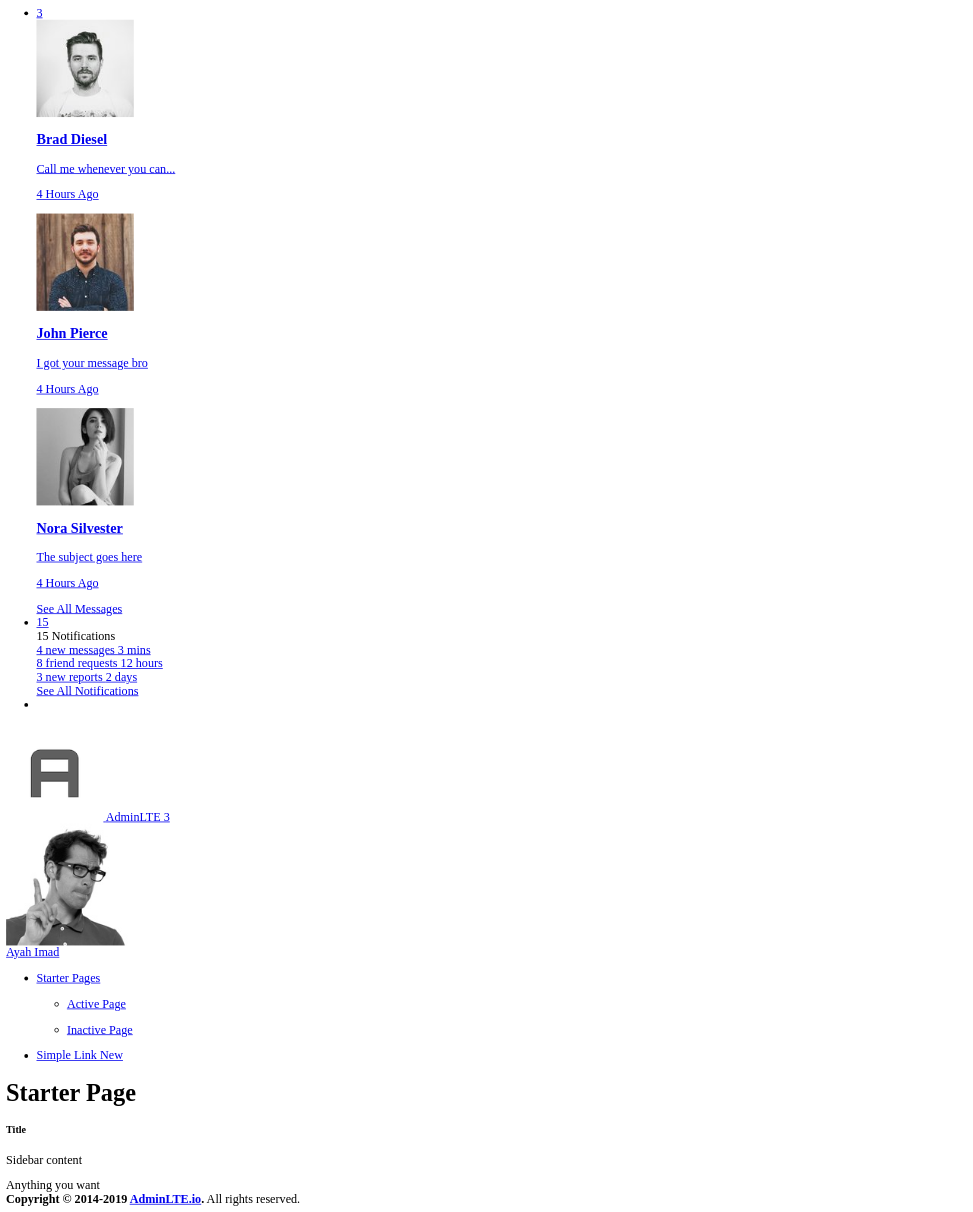
Repository: Abdaljawad-Aya/Django-Exercises
Page: http://localhost/polls/
An editor plug-in stored every save of this project. The page is shown before and after a run of saves, followed by the edit.
The browser window is 1280 px wide. The pictures show the whole page, at 76% of full size.
The page is served by the project's application, run on Django 3.2 (manage.py). Other server files are loaded and not shown.

Above is the page before, as saved 2021-03-10 08:26:18.

### crudDj/DJ/polls/templates/polls/starter.html

<!--
This is a starter template page. Use this page to start your new project from
scratch. This page gets rid of all links and provides the needed markup only.
-->
{% load static %}
{% comment %} <!DOCTYPE html>
<html lang="en">
<head>
  <meta charset="utf-8">
  <meta name="viewport" content="width=device-width, initial-scale=1">
  <meta http-equiv="x-ua-compatible" content="ie=edge">

  <title>AdminLTE 3 | Starter</title>

  <!-- Font Awesome Icons -->
  <link rel="stylesheet" href="{% static 'plugins/fontawesome-free/css/all.min.css' %}">
  <!-- Theme style -->
  <link rel="stylesheet" href="{% static 'dist/css/adminlte.min.css'%}">
  <!-- Google Font: Source Sans Pro -->
  <link href="https://fonts.googleapis.com/css?family=Source+Sans+Pro:300,400,400i,700" rel="stylesheet">
</head>
<body class="hold-transition sidebar-mini"> {% endcomment %}
<div class="wrapper">

  <!-- Navbar -->
  {% comment %} <nav class="main-header navbar navbar-expand navbar-white navbar-light">
    <!-- Left navbar links -->
    <ul class="navbar-nav">
      <li class="nav-item">
        <a class="nav-link" data-widget="pushmenu" href="#" role="button"><i class="fas fa-bars"></i></a>
      </li>
      <li class="nav-item d-none d-sm-inline-block">
        <a href="index3.html" class="nav-link">Home</a>
      </li>
      <li class="nav-item d-none d-sm-inline-block">
        <a href="#" class="nav-link">Contact</a>
      </li>
    </ul> {% endcomment %}

    <!-- SEARCH FORM -->
    {% comment %} <form class="form-inline ml-3">
      <div class="input-group input-group-sm">
        <input class="form-control form-control-navbar" type="search" placeholder="Search" aria-label="Search">
        <div class="input-group-append">
          <button class="btn btn-navbar" type="submit">
            <i class="fas fa-search"></i>
          </button>
        </div>
      </div>
    </form> {% endcomment %}

    <!-- Right navbar links -->
    <ul class="navbar-nav ml-auto">
      <!-- Messages Dropdown Menu -->
      <li class="nav-item dropdown">
        <a class="nav-link" data-toggle="dropdown" href="#">
          <i class="far fa-comments"></i>
          <span class="badge badge-danger navbar-badge">3</span>
        </a>
        <div class="dropdown-menu dropdown-menu-lg dropdown-menu-right">
          <a href="#" class="dropdown-item">
            <!-- Message Start -->
            <div class="media">
              <img src="{% static 'dist/img/user1-128x128.jpg'%}" alt="User Avatar" class="img-size-50 mr-3 img-circle">
              <div class="media-body">
                <h3 class="dropdown-item-title">
                  Brad Diesel
                  <span class="float-right text-sm text-danger"><i class="fas fa-star"></i></span>
                </h3>
                <p class="text-sm">Call me whenever you can...</p>
                <p class="text-sm text-muted"><i class="far fa-clock mr-1"></i> 4 Hours Ago</p>
              </div>
            </div>
            <!-- Message End -->
          </a>
          <div class="dropdown-divider"></div>
          <a href="#" class="dropdown-item">
            <!-- Message Start -->
            <div class="media">
              <img src="{% static 'dist/img/user8-128x128.jpg'%}" alt="User Avatar" class="img-size-50 img-circle mr-3">
              <div class="media-body">
                <h3 class="dropdown-item-title">
                  John Pierce
                  <span class="float-right text-sm text-muted"><i class="fas fa-star"></i></span>
                </h3>
                <p class="text-sm">I got your message bro</p>
                <p class="text-sm text-muted"><i class="far fa-clock mr-1"></i> 4 Hours Ago</p>
              </div>
            </div>
            <!-- Message End -->
          </a>
          <div class="dropdown-divider"></div>
          <a href="#" class="dropdown-item">
            <!-- Message Start -->
            <div class="media">
              <img src="{% static 'dist/img/user3-128x128.jpg'%}" alt="User Avatar" class="img-size-50 img-circle mr-3">
              <div class="media-body">
                <h3 class="dropdown-item-title">
                  Nora Silvester
                  <span class="float-right text-sm text-warning"><i class="fas fa-star"></i></span>
                </h3>
                <p class="text-sm">The subject goes here</p>
                <p class="text-sm text-muted"><i class="far fa-clock mr-1"></i> 4 Hours Ago</p>
              </div>
            </div>
            <!-- Message End -->
          </a>
          <div class="dropdown-divider"></div>
          <a href="#" class="dropdown-item dropdown-footer">See All Messages</a>
        </div>
      </li>
      <!-- Notifications Dropdown Menu -->
      <li class="nav-item dropdown">
        <a class="nav-link" data-toggle="dropdown" href="#">
          <i class="far fa-bell"></i>
          <span class="badge badge-warning navbar-badge">15</span>
        </a>
        <div class="dropdown-menu dropdown-menu-lg dropdown-menu-right">
          <span class="dropdown-header">15 Notifications</span>
          <div class="dropdown-divider"></div>
          <a href="#" class="dropdown-item">
            <i class="fas fa-envelope mr-2"></i> 4 new messages
            <span class="float-right text-muted text-sm">3 mins</span>
          </a>
          <div class="dropdown-divider"></div>
          <a href="#" class="dropdown-item">
            <i class="fas fa-users mr-2"></i> 8 friend requests
            <span class="float-right text-muted text-sm">12 hours</span>
          </a>
          <div class="dropdown-divider"></div>
          <a href="#" class="dropdown-item">
            <i class="fas fa-file mr-2"></i> 3 new reports
            <span class="float-right text-muted text-sm">2 days</span>
          </a>
          <div class="dropdown-divider"></div>
          <a href="#" class="dropdown-item dropdown-footer">See All Notifications</a>
        </div>
      </li>
      <li class="nav-item">
        <a class="nav-link" data-widget="control-sidebar" data-slide="true" href="#" role="button"><i
            class="fas fa-th-large"></i></a>
      </li>
    </ul>
  </nav>
  <!-- /.navbar -->

  <!-- Main Sidebar Container -->
  <aside class="main-sidebar sidebar-dark-primary elevation-4">
    <!-- Brand Logo -->
    <a href="index3.html" class="brand-link">
      <img src="{% static 'dist/img/AdminLTELogo.png'%}" alt="AdminLTE Logo" class="brand-image img-circle elevation-3"
           style="opacity: .8">
      <span class="brand-text font-weight-light">AdminLTE 3</span>
    </a>

    <!-- Sidebar -->
    <div class="sidebar">
      <!-- Sidebar user panel (optional) -->
      <div class="user-panel mt-3 pb-3 mb-3 d-flex">
        <div class="image">
          <img src="{% static 'dist/img/user2-160x160.jpg'%}" class="img-circle elevation-2" alt="User Image">
        </div>
        <div class="info">
          <a href="#" class="d-block">Ayah Imad</a>
        </div>
      </div>

      <!-- Sidebar Menu -->
      <nav class="mt-2">
        <ul class="nav nav-pills nav-sidebar flex-column" data-widget="treeview" role="menu" data-accordion="false">
          <!-- Add icons to the links using the .nav-icon class
               with font-awesome or any other icon font library -->
          <li class="nav-item has-treeview menu-open">
            <a href="#" class="nav-link active">
              <i class="nav-icon fas fa-tachometer-alt"></i>
              <p>
                Starter Pages
                <i class="right fas fa-angle-left"></i>
              </p>
            </a>
            <ul class="nav nav-treeview">
              <li class="nav-item">
                <a href="#" class="nav-link active">
                  <i class="far fa-circle nav-icon"></i>
                  <p>Active Page</p>
                </a>
              </li>
              <li class="nav-item">
                <a href="#" class="nav-link">
                  <i class="far fa-circle nav-icon"></i>
                  <p>Inactive Page</p>
                </a>
              </li>
            </ul>
          </li>
          <li class="nav-item">
            <a href="#" class="nav-link">
              <i class="nav-icon fas fa-th"></i>
              <p>
                Simple Link
                <span class="right badge badge-danger">New</span>
              </p>
            </a>
          </li>
        </ul>
      </nav>
      <!-- /.sidebar-menu -->
    </div>
    <!-- /.sidebar -->
  </aside>

  <!-- Content Wrapper. Contains page content -->
  <div class="content-wrapper">

  <div class="content-header">
                <h1 class="m-0 text-dark">Starter Page</h1>

  </div
    <!-- Content Header (Page header) -->
    {% comment %} <div class="content-header">
      <div class="container-fluid">
        <div class="row mb-2">
          <div class="col-sm-6">
            <h1 class="m-0 text-dark">Starter Page</h1>
          </div><!-- /.col -->
          <div class="col-sm-6">
            <ol class="breadcrumb float-sm-right">
              <li class="breadcrumb-item"><a href="#">Home</a></li>
              <li class="breadcrumb-item active">Starter Page</li>
            </ol>
          </div><!-- /.col -->
        </div><!-- /.row -->
      </div><!-- /.container-fluid --> {% endcomment %}
    </div>
    <!-- /.content-header -->

    <!-- Main content -->
    {% comment %} <div class="content">
      <div class="container-fluid">
        <div class="row">
          <div class="col-lg-6">
            <div class="card">
              <div class="card-body">
                <h5 class="card-title">Card title</h5>

                <p class="card-text">
                  Some quick example text to build on the card title and make up the bulk of the card's
                  content.
                </p>

                <a href="#" class="card-link">Card link</a>
                <a href="#" class="card-link">Another link</a>
              </div>
            </div> {% endcomment %}

            {% comment %} <div class="card card-primary card-outline">
              <div class="card-body">
                <h5 class="card-title">Card title</h5>

                <p class="card-text">
                  Some quick example text to build on the card title and make up the bulk of the card's
                  content.
                </p>
                <a href="#" class="card-link">Card link</a>
                <a href="#" class="card-link">Another link</a>
              </div>
            </div><!-- /.card -->
          </div> {% endcomment %}
          <!-- /.col-md-6 -->
          {% comment %} <div class="col-lg-6">
            <div class="card">
              <div class="card-header">
                <h5 class="m-0">Featured</h5>
              </div>
              <div class="card-body">
                <h6 class="card-title">Special title treatment</h6>

                <p class="card-text">With supporting text below as a natural lead-in to additional content.</p>
                <a href="#" class="btn btn-primary">Go somewhere</a>
              </div>
            </div> {% endcomment %}

            {% comment %} <div class="card card-primary card-outline">
              <div class="card-header">
                <h5 class="m-0">Featured</h5>
              </div>
              <div class="card-body">
                <h6 class="card-title">Special title treatment</h6>

                <p class="card-text">With supporting text below as a natural lead-in to additional content.</p>
                <a href="#" class="btn btn-primary">Go somewhere</a>
              </div> {% endcomment %}
            </div>
          </div>
          <!-- /.col-md-6 -->
        </div>
        <!-- /.row -->
      </div><!-- /.container-fluid -->
    </div>
    <!-- /.content -->
  </div>
  <!-- /.content-wrapper -->

  <!-- Control Sidebar -->
  <aside class="control-sidebar control-sidebar-dark">
    <!-- Control sidebar content goes here -->
    <div class="p-3">
      <h5>Title</h5>
      <p>Sidebar content</p>
    </div>
  </aside>
  <!-- /.control-sidebar -->

  <!-- Main Footer -->
  <footer class="main-footer">
    <!-- To the right -->
    <div class="float-right d-none d-sm-inline">
      Anything you want
    </div>
    <!-- Default to the left -->
    <strong>Copyright &copy; 2014-2019 <a href="https://adminlte.io">AdminLTE.io</a>.</strong> All rights reserved.
  </footer>
</div>
<!-- ./wrapper -->

<!-- REQUIRED SCRIPTS -->

<!-- jQuery -->
{% comment %} <script src="{% static 'plugins/jquery/jquery.min.js'%}"></script>
<!-- Bootstrap 4 -->
<script src="{% static 'plugins/bootstrap/js/bootstrap.bundle.min.js'%}"></script>
<!-- AdminLTE App -->
<script src="{% static 'dist/js/adminlte.min.js'%}"></script> {% endcomment %}
</body>
</html>

### crudDj/DJ/polls/views.py
from django.shortcuts import render , HttpResponseRedirect
from django.http import HttpResponse
from .forms  import DjCrud
from .models import User
# Create your views here.
def index(request):
  return render(request, 'polls/starter.html')

#adding and retrieving data

def add_show(request):
  if request.method == 'POST':
    fm = DjCrud(request.POST)
    if fm.is_valid():
      nm = fm.cleaned_data['name']
      em = fm.cleaned_data['email']
      pw = fm.cleaned_data['password']
      reg= User(name=nm, email=em, password=pw)
      reg.save()
      fm = DjCrud()
  else:
      fm = DjCrud()
      Dj = User.objects.all()
      return render(request, 'polls/add.html', {'form':fm})

 #edit and update function

def update_data(request,id):
    if request.method == 'POST':
        pi = User.objects.get(pk=id)
        fm = DjCrud(request.POST, instance=pi)
        if fm.is_valid():
            fm.save()
    else:
        pi = User.objects.get(pk=id)
        fm = DjCrud(instance=pi)
    return render(request,'polls/update.html', {'form':fm})

 #delete function

def delete_data(request,id):
    if request.method == 'POST':
        pi = User.objects.get(pk=id)
        pi.delete()
    return HttpResponseRedirect('/')

### crudDj/DJ/DJ/urls.py
"""DJ URL Configuration

The `urlpatterns` list routes URLs to views. For more information please see:
    https://docs.djangoproject.com/en/3.1/topics/http/urls/
Examples:
Function views
    1. Add an import:  from my_app import views
    2. Add a URL to urlpatterns:  path('', views.home, name='home')
Class-based views
    1. Add an import:  from other_app.views import Home
    2. Add a URL to urlpatterns:  path('', Home.as_view(), name='home')
Including another URLconf
    1. Import the include() function: from django.urls import include, path
    2. Add a URL to urlpatterns:  path('blog/', include('blog.urls'))
"""
from django.contrib import admin
from django.urls import path , include
from polls import views
urlpatterns = [
    path('admin/', admin.site.urls),
    path('',views.add_show, name="add"),
    path('delete/<int:id>/',views.delete_data, name="deleteadd"),
    path('<int:id>/',views.update_data, name="updateadd"),
    path('polls/', include('polls.urls')),
]

### crudDj/DJ/polls/urls.py
from django.urls import path
from polls import views

urlpatterns = [
    path ('' , views.index, name="index")
]

After the next 2 saves:
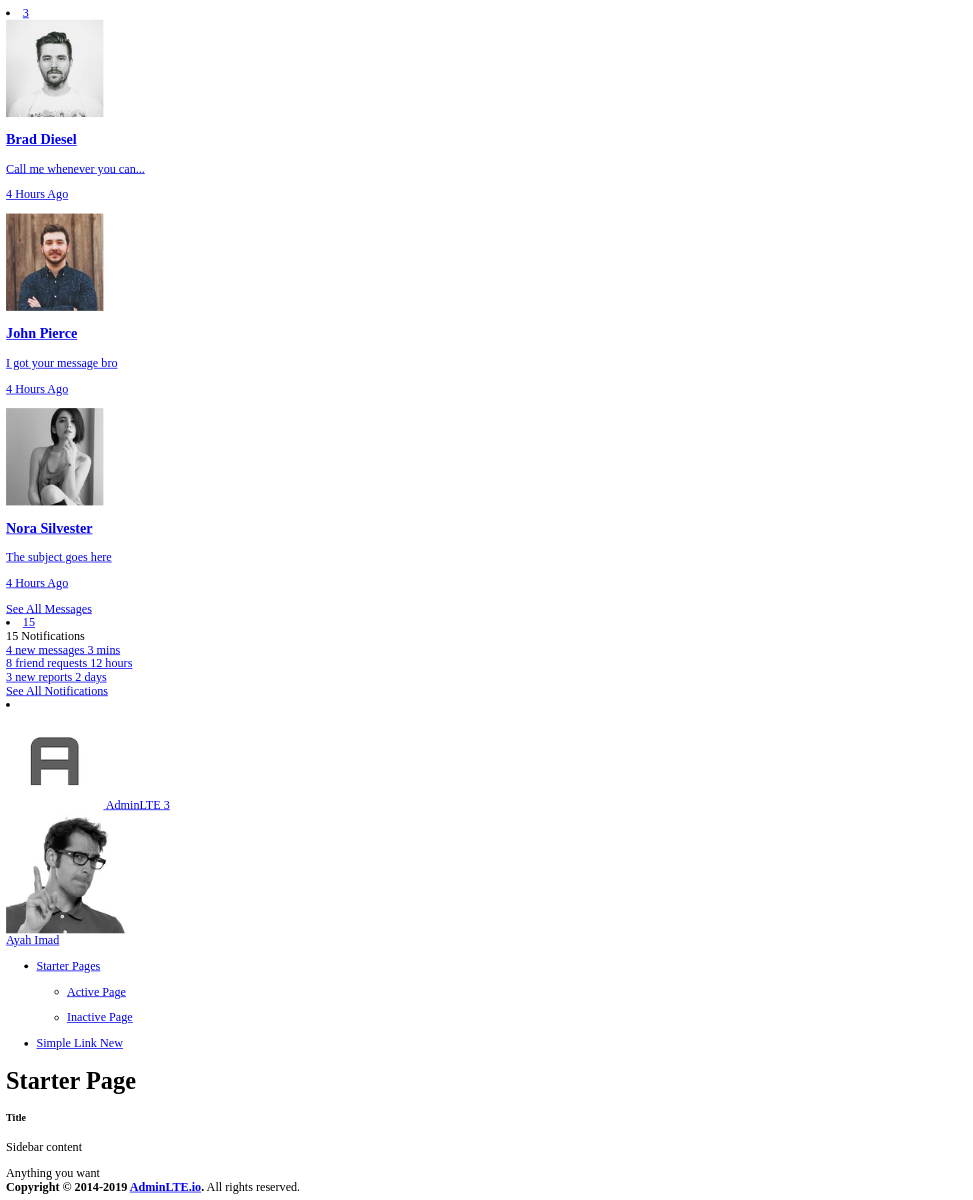
The 2 saves are shown as one change because they came seconds apart.
The last was saved 24 s later.
--- a/crudDj/DJ/polls/templates/polls/starter.html
+++ b/crudDj/DJ/polls/templates/polls/starter.html
@@ -51,7 +51,7 @@
     </form> {% endcomment %}
 
     <!-- Right navbar links -->
-    <ul class="navbar-nav ml-auto">
+    {% comment %} <ul class="navbar-nav ml-auto"> {% endcomment %}
       <!-- Messages Dropdown Menu -->
       <li class="nav-item dropdown">
         <a class="nav-link" data-toggle="dropdown" href="#">
@@ -141,8 +141,8 @@
         <a class="nav-link" data-widget="control-sidebar" data-slide="true" href="#" role="button"><i
             class="fas fa-th-large"></i></a>
       </li>
-    </ul>
-  </nav>
+    {% comment %} </ul> {% endcomment %}
+  {% comment %} </nav> {% endcomment %}
   <!-- /.navbar -->
 
   <!-- Main Sidebar Container -->
